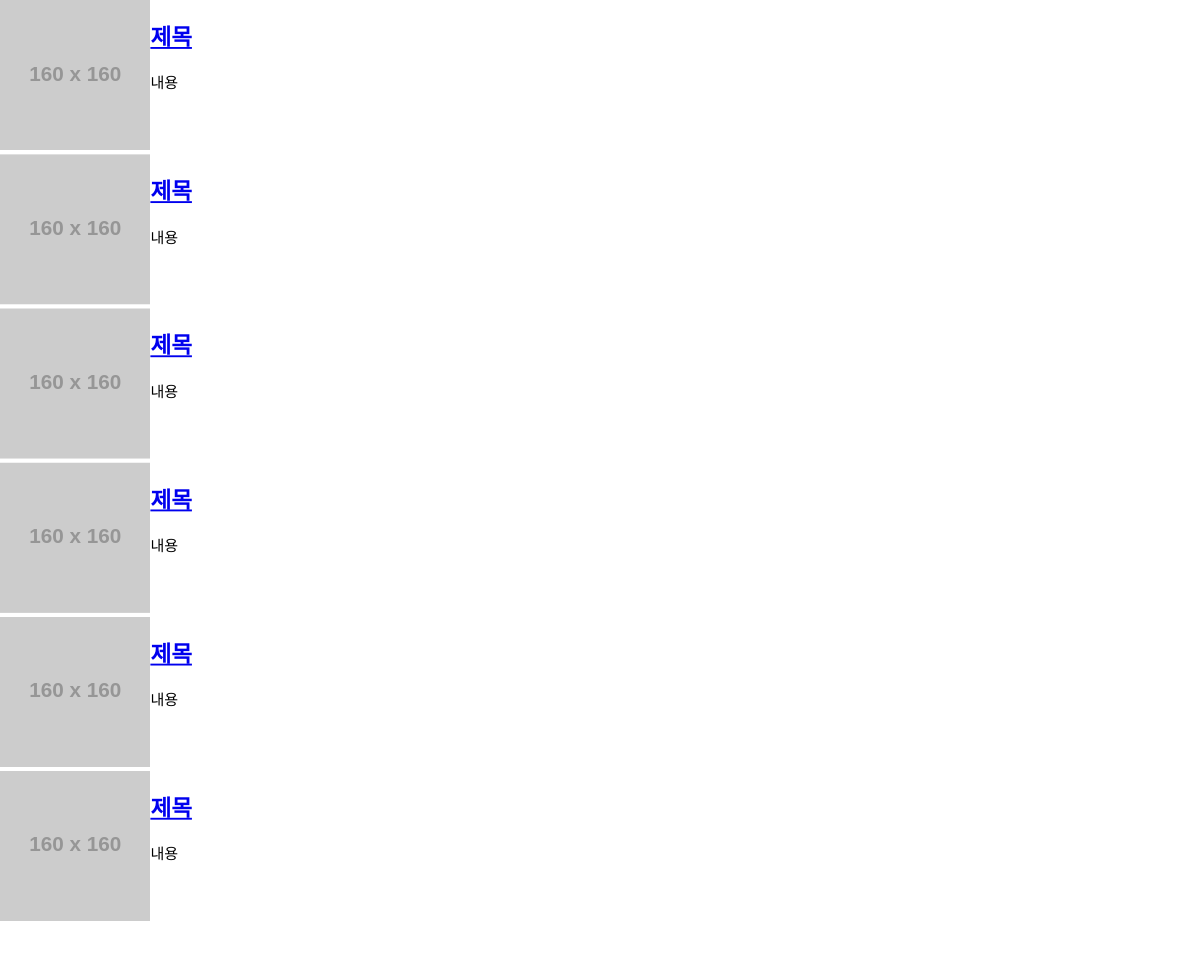
Repository: parkhyeonki/news-viewer
Page: /
An editor plug-in stored every save of this project. The page is shown before and after the next save, followed by the edit.
The browser window is 1280 px wide. The pictures show the whole page, at 94% of full size.
The project was rebuilt for these pictures with package versions that can differ from the ones it lists, and the page was loaded fresh each time. Also part of the build but not shown: src/App.css.

Above is the page before, as saved 2022-05-19 10:45:14.

### src/App.js
import './App.css';
import NewsList from './components/NewsList/NewsList';

function App() {
  return <NewsList />;
}

export default App;

### src/components/NewsList/NewsList.js
import React from 'react';
import styled from 'styled-components';
import NewsItem from '../NewsItem/NewsItem';
const NewsList = () => {
  const NewsListBlock = styled.div`
    box-sizing: border-box;
    padding-bottom: 3rem;
  `;

  const sampleArticle = {
    title: '제목',
    description: '내용',
    url: 'https://google.com',
    urlToImage: 'https://via.placeholder.com/160',
  };
  return (
    <NewsListBlock>
      <NewsItem article={sampleArticle} />
      <NewsItem article={sampleArticle} />
      <NewsItem article={sampleArticle} />
      <NewsItem article={sampleArticle} />
      <NewsItem article={sampleArticle} />
      <NewsItem article={sampleArticle} />
    </NewsListBlock>
  );
};

export default NewsList;

### src/components/NewsItem/NewsItem.js
import React from 'react';
import styled from 'styled-components';

const NewsItemBlock = styled.div`
  display: flex;
`;
const NewsItem = ({ article }) => {
  const { title, description, url, urlToImage } = article;

  return (
    <NewsItemBlock>
      {urlToImage && (
        <div className="thumbnail">
          <a href={url} target="_blank" rel="noopener noreferrer">
            <img src={urlToImage} alt="thumbnail" />
          </a>
        </div>
      )}
      <div className="contents">
        <h2>
          <a href={url} target="_blank" rel="noopener noreferrer">
            {title}
          </a>
        </h2>
        <p>{description}</p>
      </div>
    </NewsItemBlock>
  );
};

export default NewsItem;

Loaded but not shown: public/index.html (common file); src/index.js (common file); src/index.css (common file); src/reportWebVitals.js (common file)

After the next save:
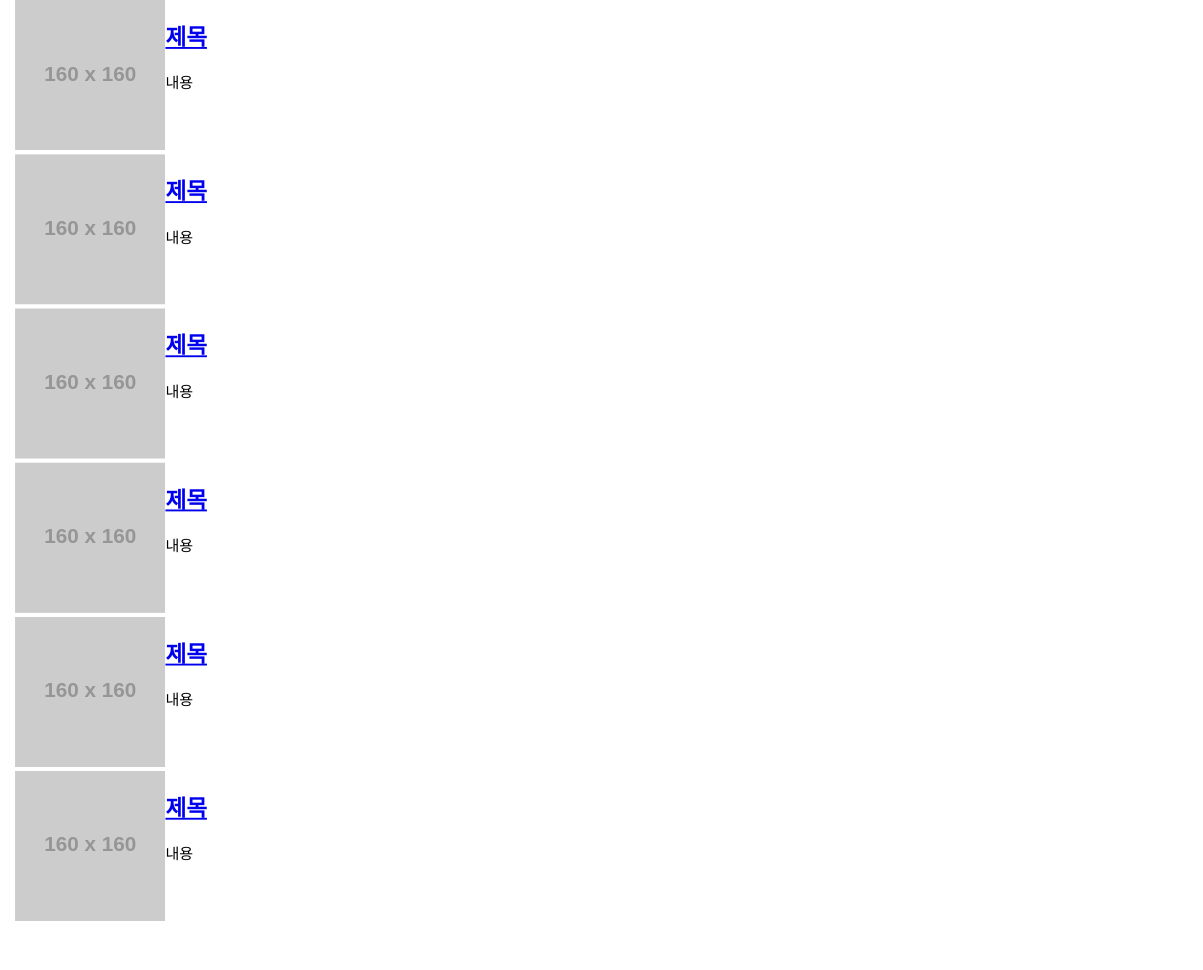
Saved 38 s later.
--- a/src/components/NewsItem/NewsItem.js
+++ b/src/components/NewsItem/NewsItem.js
@@ -3,6 +3,10 @@ import styled from 'styled-components';
 
 const NewsItemBlock = styled.div`
   display: flex;
+
+  .thumbnail {
+    margin-left: 1rem;
+  }
 `;
 const NewsItem = ({ article }) => {
   const { title, description, url, urlToImage } = article;
